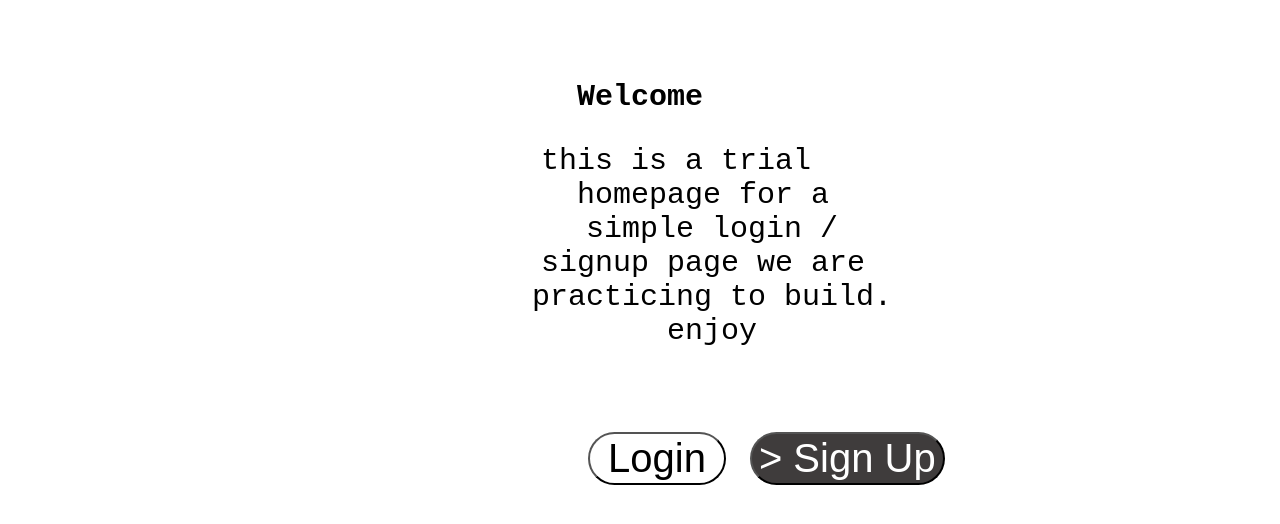
Repository: yhung004/TUTORIAL_PAGE
Page: home.html
The author's editor kept a copy of each file at every save. The page is drawn from the files as they stood at one save, then again after the next save.
The browser window is 1280 px wide. The pictures show the whole page.

Above is the page before, as saved 2024-04-10 13:59:34.

After the next save:
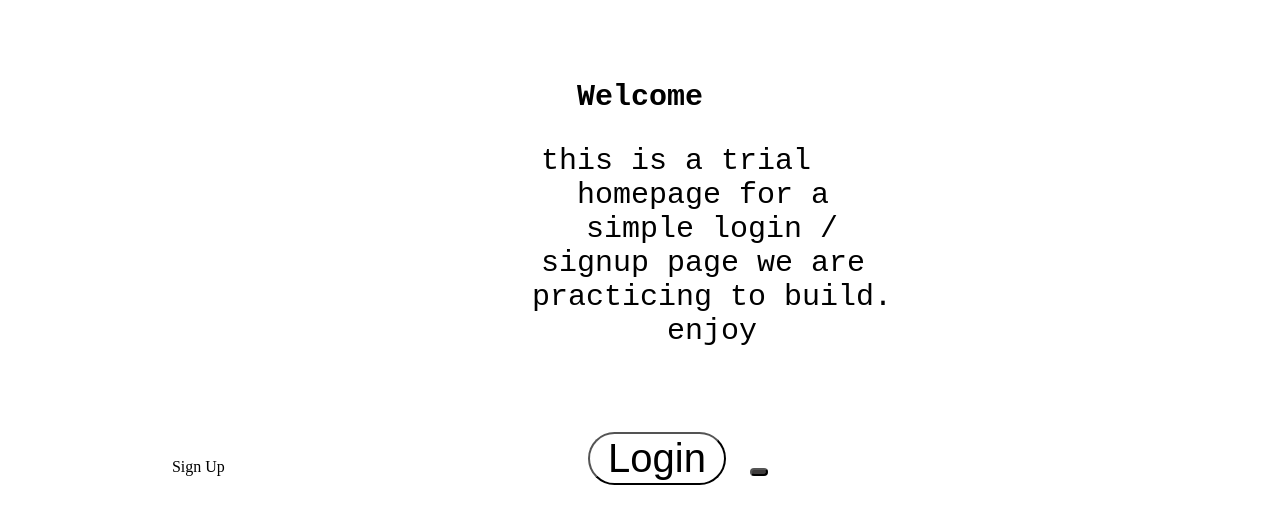
Saved 24 s later.
--- a/home.html
+++ b/home.html
@@ -18,7 +18,7 @@
     <button class="button_a">
        Login
     </button>
-    <button class="button_b" <a href="sign_up.html"></a>>
+    <button class="button_b" ></button>
         Sign Up
     </button>
 </body>
